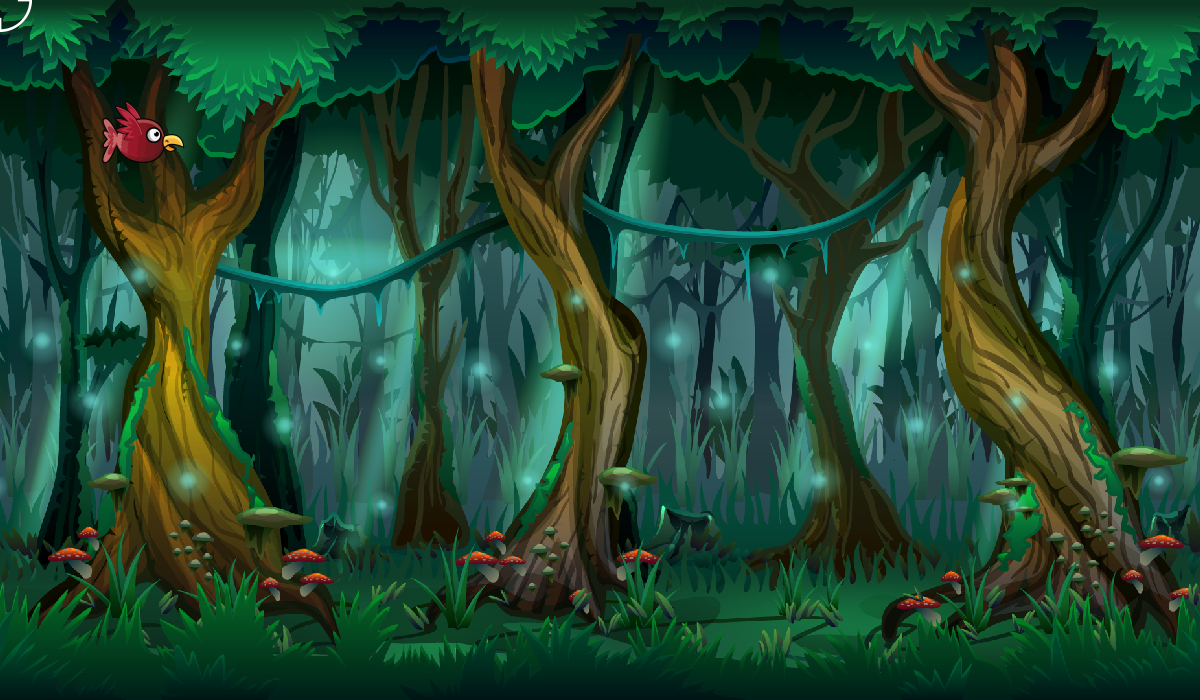
Repository: mys-pro/demo_shooting_bird_vision
Script's output: python main.py
The author's editor kept a copy of each file at every save. The script's output is drawn from the files as they stood at one save, then again after a run of saves.
The window is shown after at most 60 frames with no key pressed. Random numbers start from a fixed seed. It also reads assets/images/backgrounds/Cartoon_Forest_BG_01.png, assets/images/backgrounds/Cartoon_Forest_BG_02.png, assets/images/backgrounds/Cartoon_Forest_BG_03.png, assets/images/backgrounds/Cartoon_Forest_BG_04.png, assets/images/birds/bird1/b-1.png, assets/images/birds/bird1/b-2.png, assets/images/birds/bird1/b-3.png, assets/images/birds/bird1/b-4.png, assets/images/icon.png, assets/images/viewfinder.png.

Above is the script's output before, as saved 2024-06-16 16:44:04.

### main.py
import pygame
import os
import random
import sys

# Khởi tạo pygame
pygame.init()
pygame.display.set_caption("Shooting Bird")
icon = pygame.image.load('assets/images/icon.png')
pygame.display.set_icon(icon)

SCREEN_WIDTH, SCREEN_HEIGHT = 1200, 700
FPS = 60
SCREEN = pygame.display.set_mode((SCREEN_WIDTH, SCREEN_HEIGHT))

# Xử lý ống ngắm
class viewFinder:
    def __init__ (self):
        pygame.event.set_grab(True)
        pygame.mouse.set_visible(False)
        self.image = pygame.image.load('assets/images/viewfinder.png').convert_alpha()
        self.image_copy = self.image.copy()
        self.image_smaller = pygame.transform.scale(self.image_copy, (self.image_copy.get_width() // 2, self.image_copy.get_height() // 2))
        self.rect = self.image_smaller.get_rect()
        self.rect.center = (SCREEN_WIDTH // 2, SCREEN_HEIGHT // 2)

    def follow_mouse(self):
        self.rect.center = pygame.mouse.get_pos()

    def draw(self, screen):
        screen.blit(self.image, self.image.get_rect(center=self.rect.center).topleft)

# Khởi tạo con chim
class birds:
    def __init__(self, x, y, speed, frame_rate):
        self.images = []
        folder_path = 'assets/images/birds/bird1'
        for file_name in os.listdir(folder_path):
            full_path = os.path.join(folder_path, file_name)
            if os.path.isfile(full_path):
                self.images.append(pygame.image.load(full_path).convert_alpha())
        self.index = 0
        self.image = self.images[self.index]
        self.rect = self.image.get_rect()
        self.rect.x = x
        self.rect.y = y
        self.frame_rate = frame_rate
        self.frame_rate_count = 0

    def update(self):
        self.frame_rate_count += 1

        if self.frame_rate_count >= self.frame_rate:
            self.index += 1
            self.frame_rate_count = 0

        if self.index >= len(self.images) - 1:
            self.index = 0
        self.image = self.images[self.index]



    def draw(self, screen):
        screen.blit(self.image, self.rect)

# Lấy background ngẫu nhiên
def get_background(folder_path, SCREEN_WIDTH, SCREEN_HEIGHT):
    backgrounds = []
    for file_name in os.listdir(folder_path):
        full_path = os.path.join(folder_path, file_name)
        if os.path.isfile(full_path):
             backgrounds.append(pygame.image.load(full_path).convert())

    bg = random.choice(backgrounds)
    bg_width, bg_height = bg.get_size()
    scale_factor = max(SCREEN_WIDTH / bg_width, SCREEN_HEIGHT / bg_height)

    new_width = int(bg_width * scale_factor)
    new_height = int(bg_height * scale_factor)
    bg = pygame.transform.scale(bg, (new_width, new_height))

    bg_x = (SCREEN_WIDTH - new_width) // 2
    bg_y = (SCREEN_HEIGHT - new_height) // 2
    return bg, bg_x, bg_y

explosion_group = pygame.sprite.Group()

# Vẽ hình ảnh
def draw(SCREEN, background, view_finder, bird):
    bg, bg_x, bg_y = background
    SCREEN.blit(bg, (bg_x, bg_y))

    bird.update()
    bird.draw(SCREEN)

    view_finder.follow_mouse()
    view_finder.draw(SCREEN)
    pygame.display.update()

def main(SCREEN):
    background = get_background('assets/images/backgrounds/', SCREEN_WIDTH, SCREEN_HEIGHT) # Gọi hàm get_background
    view_finder = viewFinder()
    bird = birds(100, 100, 5, 10)
    running = True
    while running:
        for event in pygame.event.get():
            if event.type == pygame.QUIT or (event.type == pygame.KEYDOWN and event.key == pygame.K_ESCAPE):
                running = False

        draw(SCREEN, background, view_finder, bird)
        pygame.time.Clock().tick(FPS)
    pygame.quit()

if __name__ == "__main__":
    main(SCREEN)

After the next 2 saves:
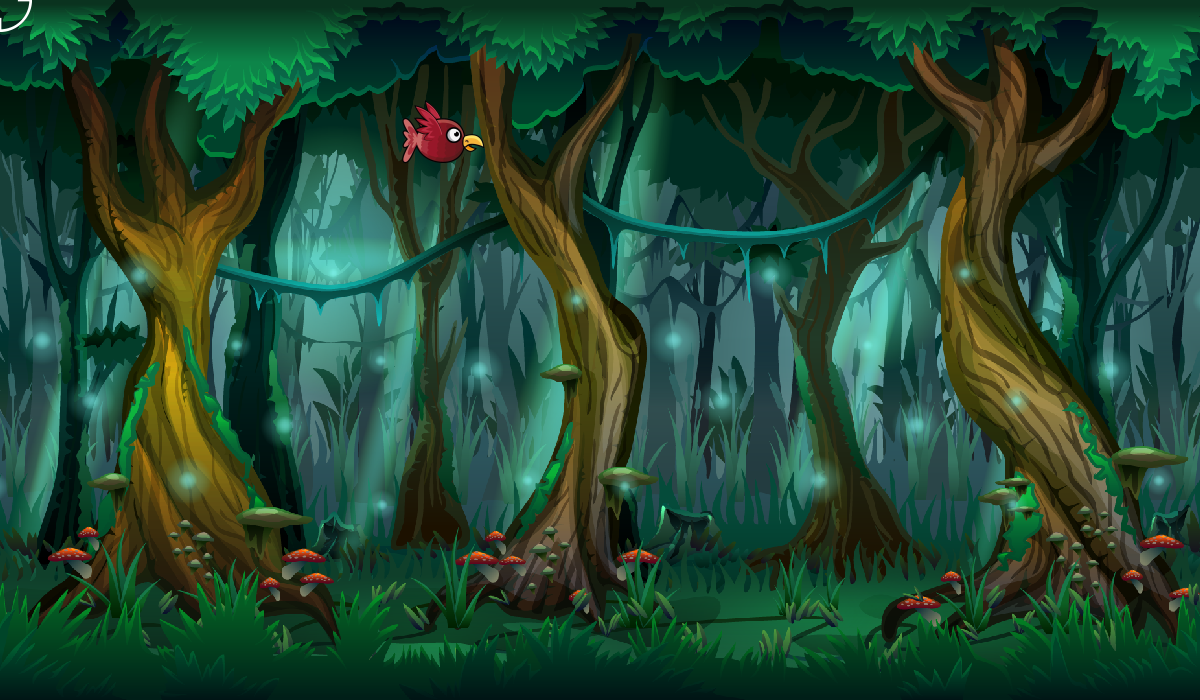
The 2 saves are shown as one change because 1 did not build or start.
The last was saved 42 s later.
--- a/main.py
+++ b/main.py
@@ -44,6 +44,7 @@ class birds:
         self.rect = self.image.get_rect()
         self.rect.x = x
         self.rect.y = y
+        self.speed = speed
         self.frame_rate = frame_rate
         self.frame_rate_count = 0
 
@@ -58,7 +59,7 @@ class birds:
             self.index = 0
         self.image = self.images[self.index]
 
-
+        self.rect.x += self.speed
 
     def draw(self, screen):
         screen.blit(self.image, self.rect)
